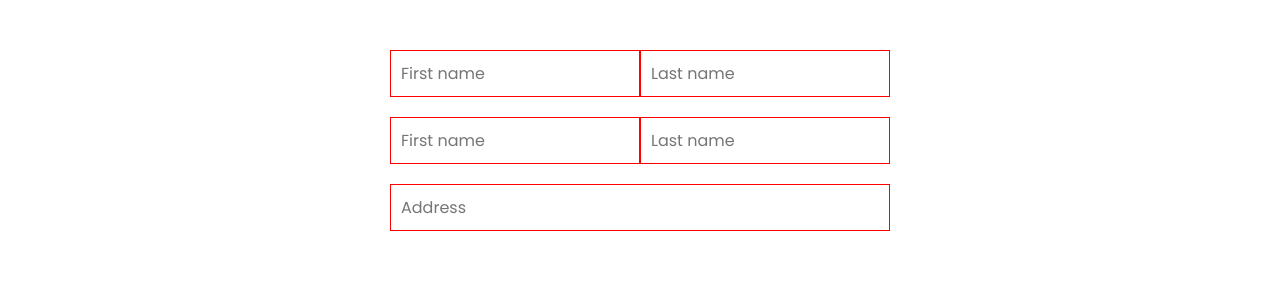
Repository: evondev/html-css-basic-course
Page: index.html
The author's editor kept a copy of each file at every save. The page is drawn from the files as they stood at one save, then again after the next save.
The browser window is 1280 px wide. The pictures show the whole page.
Some web libraries are served in a nearby version. The style sheet was rebuilt from its Sass, Less or Tailwind sources for each picture, by a compiler version that may differ from the author's.

Above is the page before, as saved 2020-12-27 11:43:19.

After the next save:
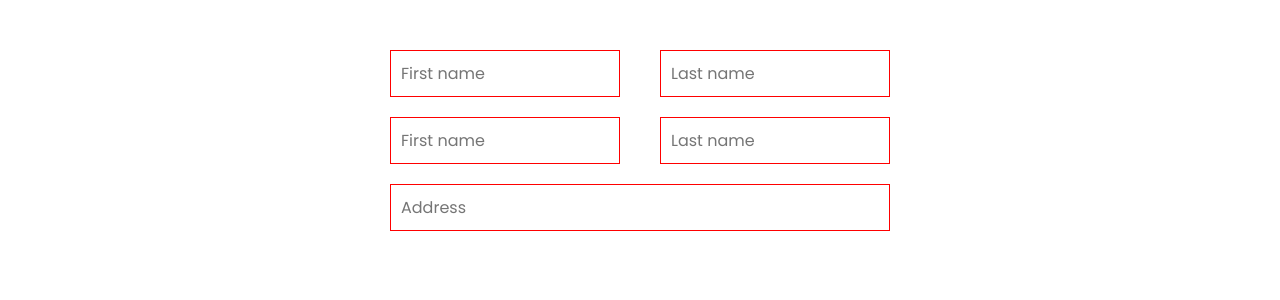
Saved 16 s later.
--- a/app.scss
+++ b/app.scss
@@ -37,6 +37,7 @@ img {
   margin-bottom: 20px;
   display: grid;
   grid-template-columns: repeat(auto-fit, minmax(0, 1fr));
+  grid-column-gap: 40px;
 }
 .form-input {
   padding: 10px;
